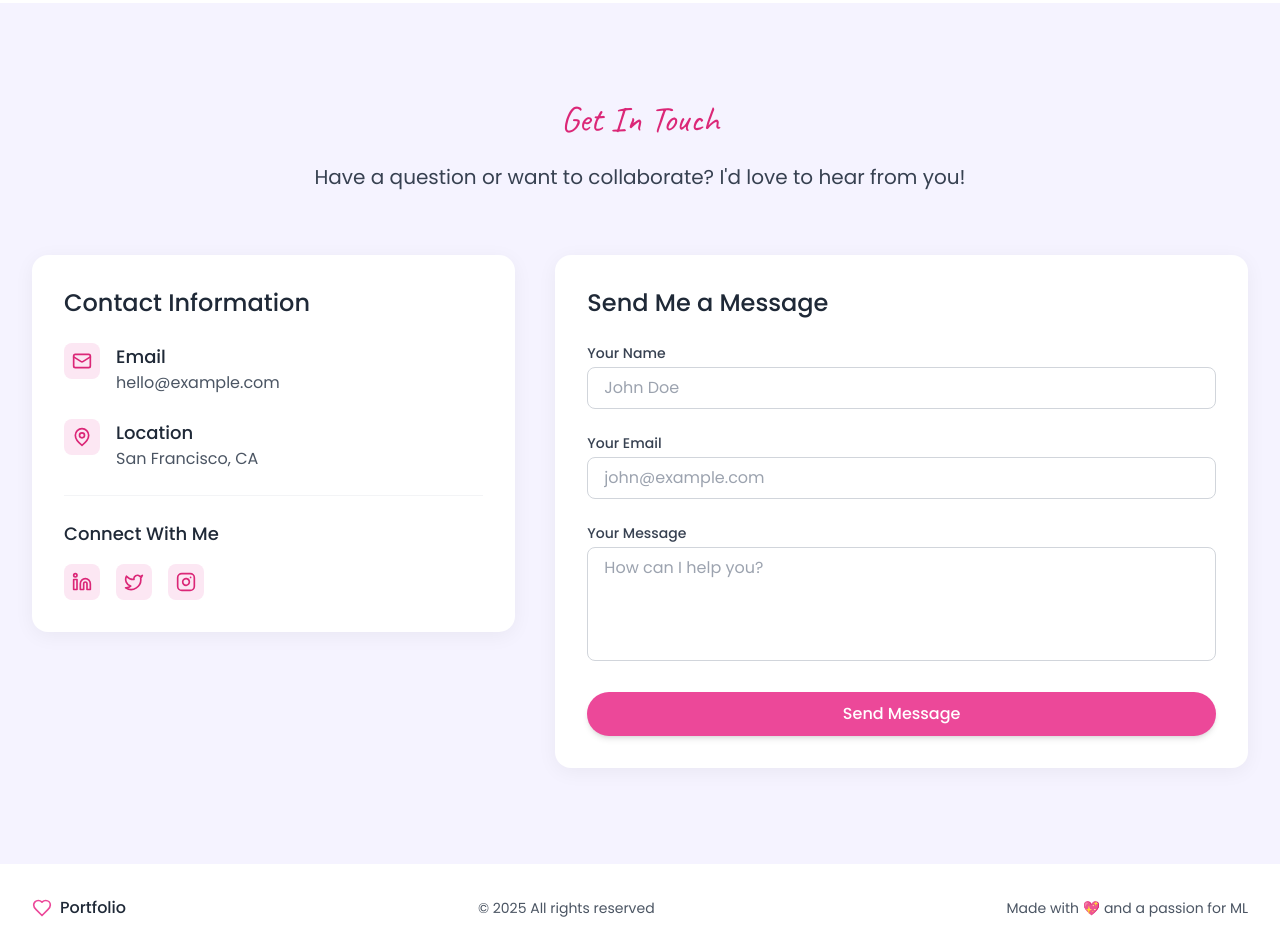
Repository: Star-1603/portfolio-website
Page: /
An editor plug-in stored every save of this project. The page is shown before and after the next save, followed by the edit.
The browser window is 1280 px wide. The pictures show the part of the page from y = 2822 to 3774 px (the page is 3774 px tall).
The project was rebuilt for these pictures with package versions that can differ from the ones it lists, and the page was loaded fresh each time. Also part of the build but not shown: next.config.ts, vite.config.ts.

Above is the page before, as saved 2025-04-28 12:00:46.

### index.html
<!doctype html>
<html lang="en">
  <head>
    <meta charset="UTF-8" />
    <link rel="icon" type="image/svg+xml" href="/favicon.svg" />
    <meta name="viewport" content="width=device-width, initial-scale=1.0" />
    <title>My Aesthetic Portfolio</title>
    <!-- Google Fonts -->
    <link rel="preconnect" href="https://fonts.googleapis.com">
    <link rel="preconnect" href="https://fonts.gstatic.com" crossorigin>
    <link href="https://fonts.googleapis.com/css2?family=Poppins:wght@300;400;500;600&family=Caveat:wght@400;600&display=swap" rel="stylesheet">
  </head>
  <body>
    <div id="root"></div>
    <script type="module" src="/src/main.tsx"></script>
  </body>
</html>

### src/App.tsx
import React from 'react';
import { motion } from 'framer-motion';
import Navbar from './components/Navbar';
import Hero from './components/Hero';
import About from './components/About';
import Projects from './components/Projects';
import Contact from './components/Contact';
import Footer from './components/Footer';
import Decorations from './components/Decorations';

function App() {
  return (
    <div className="min-h-screen bg-cream relative overflow-hidden">
      <Decorations />
      <Navbar />
      <motion.div
        initial={{ opacity: 0 }}
        animate={{ opacity: 1 }}
        transition={{ duration: 0.5 }}
      >
        <Hero />
        <About />
        <Projects />
        <Contact />
        <Footer />
      </motion.div>
    </div>
  );
}

export default App;

### src/index.css
@tailwind base;
@tailwind components;
@tailwind utilities;

:root {
  --background: 255, 249, 240;
}

html {
  scroll-behavior: smooth;
}

body {
  font-family: 'Poppins', sans-serif;
  background-color: rgb(var(--background));
  color: #4b5563;
}

@layer components {
  .container-wrapper {
    @apply max-w-7xl mx-auto px-4 sm:px-6 lg:px-8;
  }

  .section-padding {
    @apply py-16 md:py-24;
  }

  .section-title {
    @apply text-3xl md:text-4xl font-medium text-primary-600 mb-6 font-handwritten;
  }

  .section-subtitle {
    @apply text-lg md:text-xl text-gray-700 mb-12 max-w-2xl;
  }

  .nav-link {
    @apply relative px-3 py-2 text-gray-700 hover:text-primary-500 transition duration-300;
  }

  .nav-link::after {
    content: '';
    @apply absolute bottom-0 left-0 w-0 h-0.5 bg-primary-400 transition-all duration-300;
  }

  .nav-link:hover::after {
    @apply w-full;
  }

  .btn {
    @apply px-5 py-2.5 rounded-full font-medium transition duration-300 transform hover:translate-y-[-2px];
  }

  .btn-primary {
    @apply bg-primary-500 text-white hover:bg-primary-600 shadow-md;
  }

  .card {
    @apply bg-white rounded-2xl shadow-soft overflow-hidden transition-all duration-300 hover:shadow-softer hover:-translate-y-1;
  }

  .sticker {
    @apply absolute transform rotate-12 animate-float;
  }

  .sticker-delay {
    @apply absolute transform -rotate-6 animate-float-delay;
  }
}

### src/components/Navbar.tsx
import React, { useState, useEffect } from 'react';
import { motion } from 'framer-motion';
import { Heart, Menu, X } from 'lucide-react';

const Navbar: React.FC = () => {
  const [isOpen, setIsOpen] = useState(false);
  const [isScrolled, setIsScrolled] = useState(false);

  useEffect(() => {
    const handleScroll = () => {
      setIsScrolled(window.scrollY > 50);
    };

    window.addEventListener('scroll', handleScroll);
    return () => window.removeEventListener('scroll', handleScroll);
  }, []);

  const toggleMenu = () => {
    setIsOpen(!isOpen);
  };

  const scrollToSection = (id: string) => {
    document.getElementById(id)?.scrollIntoView({ behavior: 'smooth' });
    setIsOpen(false);
  };

  return (
    <header
      className={`fixed top-0 left-0 right-0 z-50 transition-all duration-300 ${
        isScrolled ? 'bg-white bg-opacity-90 shadow-md py-2' : 'bg-transparent py-4'
      }`}
    >
      <div className="container-wrapper flex items-center justify-between">
        <motion.div
          initial={{ opacity: 0, x: -20 }}
          animate={{ opacity: 1, x: 0 }}
          transition={{ duration: 0.5 }}
          className="flex items-center space-x-2"
        >
          <Heart className="h-6 w-6 text-primary-500" />
          <span className="text-xl font-handwritten font-semibold text-primary-600"></span>
        </motion.div>

        {/* Desktop Menu */}
        <motion.nav
          initial={{ opacity: 0, y: -10 }}
          animate={{ opacity: 1, y: 0 }}
          transition={{ duration: 0.5, delay: 0.1 }}
          className="hidden md:flex items-center space-x-8"
        >
          <button onClick={() => scrollToSection('home')} className="nav-link">Home</button>
          <button onClick={() => scrollToSection('about')} className="nav-link">About</button>
          <button onClick={() => scrollToSection('projects')} className="nav-link">Projects</button>
          <button onClick={() => scrollToSection('contact')} className="nav-link">Contact</button>
        </motion.nav>

        {/* Mobile Menu Button */}
        <div className="md:hidden">
          <button
            onClick={toggleMenu}
            className="text-gray-700 hover:text-primary-500 transition duration-300"
          >
            {isOpen ? <X size={24} /> : <Menu size={24} />}
          </button>
        </div>
      </div>

      {/* Mobile Menu */}
      {isOpen && (
        <motion.div
          initial={{ opacity: 0, height: 0 }}
          animate={{ opacity: 1, height: 'auto' }}
          exit={{ opacity: 0, height: 0 }}
          transition={{ duration: 0.3 }}
          className="md:hidden bg-white"
        >
          <div className="container-wrapper py-4 flex flex-col space-y-4">
            <button onClick={() => scrollToSection('home')} className="text-left py-2 px-4 hover:bg-primary-50 rounded-lg">Home</button>
            <button onClick={() => scrollToSection('about')} className="text-left py-2 px-4 hover:bg-primary-50 rounded-lg">About</button>
            <button onClick={() => scrollToSection('projects')} className="text-left py-2 px-4 hover:bg-primary-50 rounded-lg">Projects</button>
            <button onClick={() => scrollToSection('contact')} className="text-left py-2 px-4 hover:bg-primary-50 rounded-lg">Contact</button>
          </div>
        </motion.div>
      )}
    </header>
  );
};

export default Navbar;

### src/components/Hero.tsx
import React from 'react';
import { motion } from 'framer-motion';
import { ArrowRight } from 'lucide-react';

const Hero: React.FC = () => {
  const scrollToProjects = () => {
    document.getElementById('projects')?.scrollIntoView({ behavior: 'smooth' });
  };

  return (
    <section id="home" className="pt-32 pb-16 md:pt-40 md:pb-24 relative overflow-hidden">
      <div className="container-wrapper">
        <div className="grid grid-cols-1 md:grid-cols-12 gap-8 items-center">
          <motion.div
            initial={{ opacity: 0, y: 20 }}
            animate={{ opacity: 1, y: 0 }}
            transition={{ duration: 0.6 }}
            className="md:col-span-7 z-10"
          >
            <h1 className="text-4xl md:text-5xl lg:text-6xl font-medium mb-4 text-gray-800">
              <span className="block text-primary-500 font-handwritten">Hello, I'm Umaiza!</span>
              <span className="block mt-2">ML Enthusiast & Student</span>
            </h1>

            <p className="text-lg md:text-xl text-gray-600 mb-8 max-w-2xl">
              Exploring the intersections of machine learning, creativity, and problem-solving.
              Building projects that matter and learning with every step.
            </p>

            <div className="flex flex-wrap gap-4">
              <button
                onClick={scrollToProjects}
                className="btn btn-primary flex items-center gap-2"
              >
                See my work <ArrowRight size={18} />
              </button>
            </div>
          </motion.div>

          <motion.div
            initial={{ opacity: 0, scale: 0.9 }}
            animate={{ opacity: 1, scale: 1 }}
            transition={{ duration: 0.6, delay: 0.2 }}
            className="md:col-span-5 relative"
          >
            <div className="relative w-full h-80 md:h-96 rounded-3xl overflow-hidden">
              <img
                src="https://i.pinimg.com/736x/61/3d/40/613d405eabe5470c2ff36afee4aca564.jpg"
                alt="Machine Learning Visualization"
                className="w-full h-full object-cover rounded-3xl"
              />
              <div className="absolute inset-0 bg-gradient-to-t from-primary-500/20 to-transparent rounded-3xl"></div>

              {/* Decorative elements */}
              <div className="absolute -right-6 -bottom-6 w-32 h-32 bg-secondary-200 rounded-full opacity-50"></div>
              <div className="absolute -left-6 -top-6 w-24 h-24 bg-accent-200 rounded-full opacity-50"></div>
              <div className="absolute right-8 top-8 w-16 h-16 bg-primary-200 rounded-full opacity-50"></div>
            </div>
          </motion.div>
        </div>
      </div>
    </section>
  );
};

export default Hero;

### src/components/Contact.tsx
import React, { useState } from 'react';
import { motion } from 'framer-motion';
import { useInView } from 'react-intersection-observer';
import { Mail, MapPin, Linkedin, Twitter, Instagram } from 'lucide-react';

const Contact: React.FC = () => {
  const [formState, setFormState] = useState({
    name: '',
    email: '',
    message: '',
  });

  const [submitted, setSubmitted] = useState(false);

  const [ref, inView] = useInView({
    triggerOnce: true,
    threshold: 0.1,
  });

  const handleChange = (e: React.ChangeEvent<HTMLInputElement | HTMLTextAreaElement>) => {
    const { name, value } = e.target;
    setFormState(prev => ({ ...prev, [name]: value }));
  };

  const handleSubmit = (e: React.FormEvent) => {
    e.preventDefault();
    // In a real application, you would send the form data to a backend
    console.log('Form submitted:', formState);
    setSubmitted(true);
    // Reset form
    setFormState({ name: '', email: '', message: '' });
    // Reset submitted status after 3 seconds
    setTimeout(() => setSubmitted(false), 3000);
  };

  const containerVariants = {
    hidden: { opacity: 0 },
    show: {
      opacity: 1,
      transition: {
        staggerChildren: 0.2,
      },
    },
  };

  const itemVariants = {
    hidden: { opacity: 0, y: 20 },
    show: { opacity: 1, y: 0, transition: { duration: 0.5 } },
  };

  return (
    <section id="contact" className="section-padding bg-secondary-50 relative">
      <div className="container-wrapper">
        <div className="text-center mb-16">
          <motion.h2
            initial={{ opacity: 0, y: -10 }}
            animate={inView ? { opacity: 1, y: 0 } : {}}
            transition={{ duration: 0.5 }}
            className="section-title"
          >
            Get In Touch
          </motion.h2>
          <motion.p
            initial={{ opacity: 0 }}
            animate={inView ? { opacity: 1 } : {}}
            transition={{ duration: 0.5, delay: 0.2 }}
            className="section-subtitle mx-auto"
          >
            Have a question or want to collaborate? I'd love to hear from you!
          </motion.p>
        </div>

        <motion.div
          ref={ref}
          variants={containerVariants}
          initial="hidden"
          animate={inView ? "show" : "hidden"}
          className="grid grid-cols-1 md:grid-cols-12 gap-10"
        >
          <motion.div variants={itemVariants} className="md:col-span-5">
            <div className="bg-white rounded-2xl shadow-soft p-6 md:p-8">
              <h3 className="text-2xl font-medium text-gray-800 mb-6">Contact Information</h3>

              <div className="space-y-6">
                <div className="flex items-start space-x-4">
                  <div className="p-2 bg-primary-100 rounded-lg text-primary-600">
                    <Mail size={20} />
                  </div>
                  <div>
                    <h4 className="text-lg font-medium text-gray-800">Email</h4>
                    <a href="mailto:hello@example.com" className="text-gray-600 hover:text-primary-600 transition-colors">
                      hello@example.com
                    </a>
                  </div>
                </div>

                <div className="flex items-start space-x-4">
                  <div className="p-2 bg-primary-100 rounded-lg text-primary-600">
                    <MapPin size={20} />
                  </div>
                  <div>
                    <h4 className="text-lg font-medium text-gray-800">Location</h4>
                    <p className="text-gray-600">San Francisco, CA</p>
                  </div>
                </div>

                <div className="pt-6 border-t border-gray-100">
                  <h4 className="text-lg font-medium text-gray-800 mb-4">Connect With Me</h4>
                  <div className="flex space-x-4">
                    <a href="#" className="p-2 bg-primary-100 rounded-lg text-primary-600 hover:bg-primary-200 transition-colors">
                      <Linkedin size={20} />
                    </a>
                    <a href="#" className="p-2 bg-primary-100 rounded-lg text-primary-600 hover:bg-primary-200 transition-colors">
                      <Twitter size={20} />
                    </a>
                    <a href="#" className="p-2 bg-primary-100 rounded-lg text-primary-600 hover:bg-primary-200 transition-colors">
                      <Instagram size={20} />
                    </a>
                  </div>
                </div>
              </div>
            </div>
          </motion.div>

          <motion.div variants={itemVariants} className="md:col-span-7">
            <div className="bg-white rounded-2xl shadow-soft p-6 md:p-8">
              <h3 className="text-2xl font-medium text-gray-800 mb-6">Send Me a Message</h3>

              <form onSubmit={handleSubmit} className="space-y-6">
                <div>
                  <label htmlFor="name" className="block text-sm font-medium text-gray-700 mb-1">
                    Your Name
                  </label>
                  <input
                    type="text"
                    id="name"
                    name="name"
                    value={formState.name}
                    onChange={handleChange}
                    required
                    className="w-full px-4 py-2 border border-gray-300 rounded-lg focus:ring-2 focus:ring-primary-500 focus:border-primary-500 outline-none transition-colors"
                    placeholder="John Doe"
                  />
                </div>

                <div>
                  <label htmlFor="email" className="block text-sm font-medium text-gray-700 mb-1">
                    Your Email
                  </label>
                  <input
                    type="email"
                    id="email"
                    name="email"
                    value={formState.email}
                    onChange={handleChange}
                    required
                    className="w-full px-4 py-2 border border-gray-300 rounded-lg focus:ring-2 focus:ring-primary-500 focus:border-primary-500 outline-none transition-colors"
                    placeholder="john@example.com"
                  />
                </div>

                <div>
                  <label htmlFor="message" className="block text-sm font-medium text-gray-700 mb-1">
                    Your Message
                  </label>
                  <textarea
                    id="message"
                    name="message"
                    value={formState.message}
                    onChange={handleChange}
                    required
                    rows={4}
                    className="w-full px-4 py-2 border border-gray-300 rounded-lg focus:ring-2 focus:ring-primary-500 focus:border-primary-500 outline-none transition-colors resize-none"
                    placeholder="How can I help you?"
                  ></textarea>
                </div>

                <div>
                  <button
                    type="submit"
                    className="btn btn-primary w-full"
                  >
                    {submitted ? 'Message Sent!' : 'Send Message'}
                  </button>

                  {submitted && (
                    <p className="mt-2 text-sm text-accent-600 text-center">
                      Thanks for your message! I'll get back to you soon.
                    </p>
                  )}
                </div>
              </form>
            </div>
          </motion.div>
        </motion.div>
      </div>
    </section>
  );
};

export default Contact;

### src/components/Footer.tsx
import React from 'react';
import { Heart } from 'lucide-react';

const Footer: React.FC = () => {
  const currentYear = new Date().getFullYear();

  return (
    <footer className="py-8 bg-white">
      <div className="container-wrapper">
        <div className="flex flex-col md:flex-row justify-between items-center">
          <div className="mb-4 md:mb-0 flex items-center">
            <Heart className="h-5 w-5 text-primary-500 mr-2" />
            <span className="text-gray-800 font-medium">Portfolio</span>
          </div>

          <div className="text-gray-600 text-sm">
            &copy; {currentYear} All rights reserved
          </div>

          <div className="mt-4 md:mt-0">
            <p className="text-gray-600 text-sm">
              Made with 💖 and a passion for ML
            </p>
          </div>
        </div>
      </div>
    </footer>
  );
};

export default Footer;

### src/components/Decorations.tsx
import React from 'react';

const Decorations: React.FC = () => {
  return (
    <div className="fixed w-full h-full inset-0 pointer-events-none overflow-hidden z-0">
      {/* Top right decorations */}
      <div className="absolute top-20 right-[10%] w-40 h-40 bg-primary-100 rounded-full opacity-30 blur-xl"></div>
      <div className="absolute top-40 right-[15%] w-20 h-20 bg-secondary-100 rounded-full opacity-40 blur-md"></div>

      {/* Top left decorations */}
      <div className="absolute top-60 left-[5%] w-32 h-32 bg-accent-100 rounded-full opacity-30 blur-xl"></div>

      {/* Bottom decorations */}
      <div className="absolute bottom-20 left-[20%] w-60 h-60 bg-secondary-100 rounded-full opacity-20 blur-3xl"></div>
      <div className="absolute bottom-40 right-[10%] w-40 h-40 bg-primary-100 rounded-full opacity-30 blur-xl"></div>

      {/* Stickers */}
      <div className="sticker top-[30%] right-[5%] w-16 h-16">
        <svg viewBox="0 0 24 24" fill="none" stroke="currentColor" strokeWidth="2" strokeLinecap="round" strokeLinejoin="round" className="text-primary-400 opacity-70">
          <path d="M20.84 4.61a5.5 5.5 0 0 0-7.78 0L12 5.67l-1.06-1.06a5.5 5.5 0 0 0-7.78 7.78l1.06 1.06L12 21.23l7.78-7.78 1.06-1.06a5.5 5.5 0 0 0 0-7.78z"></path>
        </svg>
      </div>

      <div className="sticker-delay bottom-[30%] left-[8%] w-12 h-12">
        <svg viewBox="0 0 24 24" fill="none" stroke="currentColor" strokeWidth="2" strokeLinecap="round" strokeLinejoin="round" className="text-secondary-400 opacity-70">
          <polygon points="12 2 15.09 8.26 22 9.27 17 14.14 18.18 21.02 12 17.77 5.82 21.02 7 14.14 2 9.27 8.91 8.26 12 2"></polygon>
        </svg>
      </div>

      <div className="sticker top-[70%] right-[12%] w-14 h-14">
        <svg viewBox="0 0 24 24" fill="none" stroke="currentColor" strokeWidth="2" strokeLinecap="round" strokeLinejoin="round" className="text-accent-400 opacity-70">
          <circle cx="12" cy="12" r="10"></circle>
          <path d="M8 14s1.5 2 4 2 4-2 4-2"></path>
          <line x1="9" y1="9" x2="9.01" y2="9"></line>
          <line x1="15" y1="9" x2="15.01" y2="9"></line>
        </svg>
      </div>
    </div>
  );
};

export default Decorations;

### src/components/ProjectCard.tsx
import React from 'react';
import { motion } from 'framer-motion';
import { ExternalLink, Github } from 'lucide-react';

interface ProjectProps {
  project: {
    title: string;
    description: string;
    image: string;
    tags: string[];
    demoLink: string;
    githubLink: string;
  };
  index: number;
}

const ProjectCard: React.FC<ProjectProps> = ({ project, index }) => {
  const itemVariants = {
    hidden: { opacity: 0, y: 20 },
    show: {
      opacity: 1,
      y: 0,
      transition: {
        duration: 0.5,
        delay: index * 0.1
      }
    },
  };

  return (
    <motion.div
      variants={itemVariants}
      className="card group"
    >
      <div className="relative overflow-hidden h-48 sm:h-56">
        <img
          src={project.image}
          alt={project.title}
          className="w-full h-full object-cover transition-transform duration-700 group-hover:scale-110"
        />
        <div className="absolute inset-0 bg-gradient-to-t from-black/60 to-transparent opacity-70"></div>

        <div className="absolute bottom-0 left-0 right-0 p-4 text-white">
          <div className="flex flex-wrap gap-2">
            {project.tags.slice(0, 3).map((tag, index) => (
              <span
                key={index}
                className="bg-primary-500 bg-opacity-70 text-white text-xs py-1 px-2 rounded-full"
              >
                {tag}
              </span>
            ))}
            {project.tags.length > 3 && (
              <span className="bg-gray-700 bg-opacity-70 text-white text-xs py-1 px-2 rounded-full">
                +{project.tags.length - 3}
              </span>
            )}
          </div>
        </div>
      </div>

      <div className="p-6">
        <h3 className="text-xl font-medium text-gray-800 mb-2">{project.title}</h3>
        <p className="text-gray-600 mb-4">{project.description}</p>

        <div className="flex justify-between items-center">
          <a
            href={project.demoLink}
            target="_blank"
            rel="noopener noreferrer"
            className="text-primary-600 hover:text-primary-700 transition-colors inline-flex items-center gap-1 font-medium"
          >
            <span>Live Demo</span>
            <ExternalLink size={16} />
          </a>

          <a
            href={project.githubLink}
            target="_blank"
            rel="noopener noreferrer"
            className="text-gray-600 hover:text-gray-800 transition-colors inline-flex items-center gap-1"
          >
            <Github size={18} />
            <span>Code</span>
          </a>
        </div>
      </div>
    </motion.div>
  );
};

export default ProjectCard;

Loaded but not shown: src/main.tsx (common file); tailwind.config.js (66 lines, source omitted); src/components/About.tsx (133 lines, source omitted); src/components/Projects.tsx (114 lines, source omitted)

After the next save:
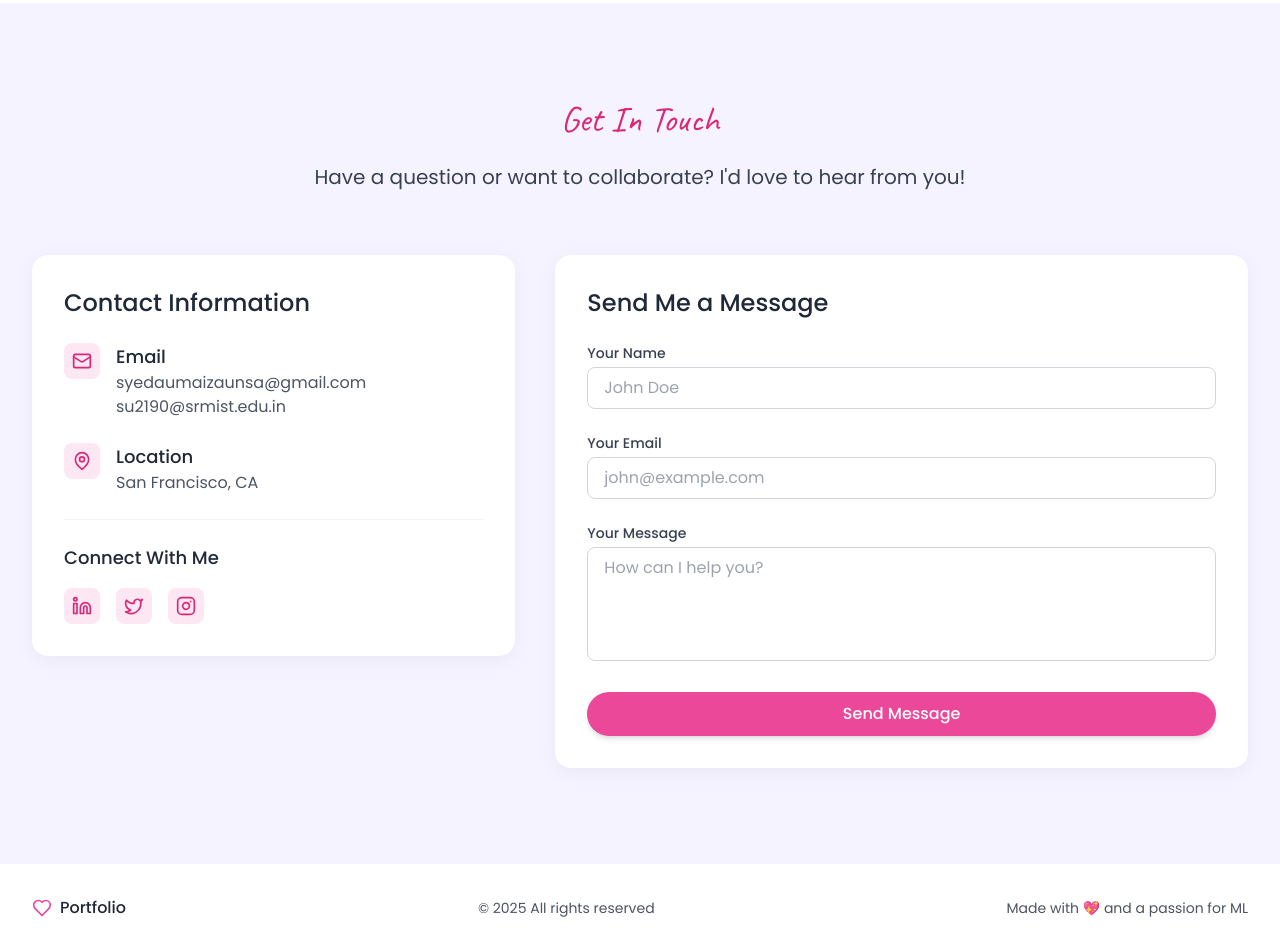
Saved 61 s later.
--- a/src/components/Contact.tsx
+++ b/src/components/Contact.tsx
@@ -89,7 +89,7 @@ const Contact: React.FC = () => {
                   <div>
                     <h4 className="text-lg font-medium text-gray-800">Email</h4>
                     <a href="mailto:hello@example.com" className="text-gray-600 hover:text-primary-600 transition-colors">
-                      hello@example.com
+                      syedaumaizaunsa@gmail.com <br /> su2190@srmist.edu.in
                     </a>
                   </div>
                 </div>
